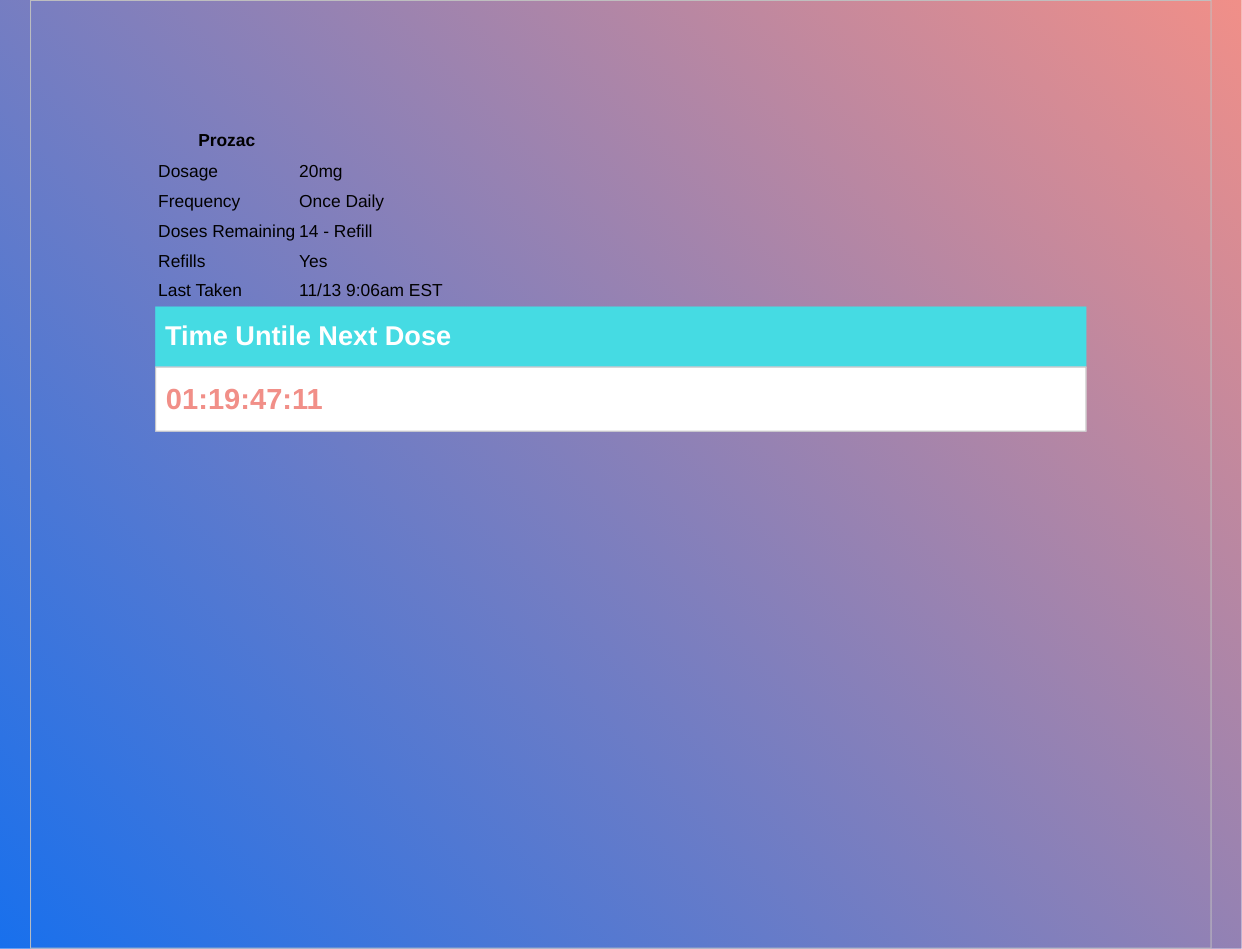
Repository: TheRobotCarlson/MedCheck
Page: workspace/ProzacDoc.html
The author's editor kept a record of every edit. The page is drawn from the files as they stood at one moment, then again after the next edit.
The browser window is 1280 px wide. The pictures show the whole page, at 97% of full size.
Some web libraries are served in a nearby version.

Above is the page before.

### workspace/ProzacDoc.html
<!DOCTYPE html>



<html>



<head>
	<meta charset="utf-8" />
	<title>Table Style</title>
	<meta name="viewport" content="initial-scale=1.0; maximum-scale=1.0; width=device-width;">
	<link rel="stylesheet" href="medcheck.css">
	<script src="https://ajax.googleapis.com/ajax/libs/jquery/3.1.1/jquery.min.js"></script>
  <script type="text/javascript" src="medcheck.js"></script>
</head>
<body>
<div class="table-title">
</div>
<table class="table-fill">
<thead>
<tr>
<th class="text-left">Prozac</th>
<th class="text-left"></th>
</tr>
</thead>
<tbody class="table-hover">
<tr>
<td class="text-left">Dosage</td>
<td class="text-left">20mg</td>
</tr>
<tr>
<td class="text-left">Frequency</td>
<td class="text-left">Once Daily</td>
</tr>
<tr>
<td class="text-left">Doses Remaining</td>
<td class="text-left">14 - Refill</td>
</tr>
<tr>
<td class="text-left">Refills</td>
<td class="text-left">Yes</td>
</tr>
<tr>
<td class="text-left">Last Taken</td>
<td class="text-left">11/13 9:06am EST</td>
</tr>
</tbody>
</table>


  </body>
  <div class="container">
  <div class="row">
    <div class="col-md-6 col-md-push-3">
      <div class="timer-container text-center">
        <div class="counter-title">
          <h2><i class="glyphicon glyphicon-time clock"></i> Time Untile Next Dose
              </h2>
        </div>
        <div class="clock-container">
          <span id="timer" class="timer"></span>
        </div>
      </div>
    </div>
  </div>
</div>

</html>

### workspace/medcheck.css
.tabs {
  display: flex;
  flex-wrap: wrap; // make sure it wraps
}
.tabs label {
  order: 1; // Put the labels first
  display: block;
  padding: 1rem 2rem;
  margin-right: 0.2rem;
  cursor: pointer;
  background: #90CAF9;

  font-weight: bold;
  transition: background ease 0.2s;
  border: 1px solid #C0C0C0;
}
.tabs .tab {
  order: 99; // Put the tabs last
  flex-grow: 1;
  width: 100%;
  display: none;
  padding: 1rem;
  background: #fff;
  border: 1px solid #C0C0C0;
}
.tabs input[type="radio"] {
  position: absolute;
  opacity: 0;
  border: 1px solid #45DBE3;
}
.tabs input[type="radio"]:checked + label {
  background: #fff;
  border: 1px solid #C0C0C0;
}
.tabs input[type="radio"]:checked + label + .tab {
  display: block;
  border: 1px solid #C0C0C0;
}

@media (max-width: 45em) {
  .tabs .tab,
  .tabs label {
    order: initial;
    border: 1px solid #C0C0C0 ;

  }
  .tabs label {
    width: 100%;
    margin-right: 0;
    margin-top: 0.2rem;
    border: 1px solid #C0C0C0 ;

  }
}

/**
 * Generic Styling
*/
body {
   background: linear-gradient(45deg, #1870ed 0, #f18f88 100%);
  padding: 10vw;
  font-family: "HelveticaNeue-Light", "Helvetica Neue Light", "Helvetica Neue", Helvetica, Arial, "Lucida Grande", sans-serif;
  min-height: 100vh;
  font-weight: 300;
  line-height: 1.5;
  max-width: 60rem;
  margin: 0 auto;
  font-size: 112%;
  border: 1px solid #C0C0C0;

}

.timer-container {
  margin-top: 0px;
}

.counter-title h2 {
  background: #45DBE3;
  color: #fff;
  font-size: 28px;
  font-weight: 600;
  margin: 0;
  padding: 10px;
}

.clock-container {
  background: #fff;
  border: 1px solid #C0C0C0;
  color: #f18f88; /*Countdown numbers */
  font-size: 30px;
  font-weight: 600;
  padding: 10px;
  min-height: 45px;
  min-width: 590px;
}

.clock {
  float: left;
}


.link {
  text-decoration: none;
  color: #55acee;
  border-bottom: 2px dotted #55acee;
  transition: .3s;
  -webkit-transition: .3s;
  -moz-transition: .3s;
  -o-transition: .3s;
  cursor: url(http://cur.cursors-4u.net/symbols/sym-1/sym46.cur), auto;
}

.link:hover {
  color: #2ecc71;
  border-bottom: 2px dotted #2ecc71;
}

/* button div */
#buttons {
  padding-top: 0px;
  text-align: center;
}

/* start da css for da buttons */
.btn {
  border-radius: 5px;
  padding: 10px 150px;
  font-size: 22px;
  text-decoration: none;
  margin: 10px;
  color: #fff;
  position: relative;
  display: inline-block;
  width:200px;
}

.btn:active {
  transform: translate(0px, 5px);
  -webkit-transform: translate(0px, 5px);
  box-shadow: 0px 1px 0px 0px;
}

.blue {
  background-color: #55acee;
  box-shadow: 0px 5px 0px 0px #3C93D5;
}

.blue:hover {
  background-color: #6FC6FF;
}

.green {
  background-color: #2ecc71;
  box-shadow: 0px 5px 0px 0px #15B358;
}

.green:hover {
  background-color: #48E68B;
}

.red {
  background-color: #e74c3c;
  box-shadow: 0px 5px 0px 0px #CE3323;
}

.red:hover {
  background-color: #FF6656;
}

.purple {
  background-color: #9b59b6;
  box-shadow: 0px 5px 0px 0px #82409D;
}

.purple:hover {
  background-color: #B573D0;
}

.orange {
  background-color: #e67e22;
  box-shadow: 0px 5px 0px 0px #CD6509;
}

.orange:hover {
  background-color: #FF983C;
}

.yellow {
  background-color: #f1c40f;
  box-shadow: 0px 5px 0px 0px #D8AB00;
}

.yellow:hover {
  background-color: #FFDE29;
}

### workspace/medcheck.js
window.setInterval(countDown, 1000);

function countDown() {
  var now = new Date();
  var future = new Date("11/14/2016 09:00:00");
  var timeLeft = future - now;
  var milli = timeLeft;

  var seconds = milli / 1000;
  var minutes = seconds / 60;
  var hours = minutes / 60;
  var days = hours / 24;
  var spareSeconds = seconds % 60;
  var spareMinutes = minutes % 60;
  var spareHours = hours % 24;
  var spareDays = days % 365;

  minutes = parseInt(minutes);
  hours = parseInt(hours);
  days = parseInt(days);
  spareSeconds = parseInt(spareSeconds);
  spareMinutes = parseInt(spareMinutes);
  spareHours = parseInt(spareHours);
  spareDays = parseInt(spareDays);

  days = padNumber(days);
  hours = padNumber(hours);
  minutes = padNumber(minutes);
  spareSeconds = padNumber(spareSeconds);
  spareMinutes = padNumber(spareMinutes);
  spareHours = padNumber(spareHours);
  spareDays = padNumber(spareDays);

  timeLeft = spareDays + ":" + spareHours + ":" + spareMinutes + ":" + spareSeconds;
  var mySpan = document.getElementById("timer");
  mySpan.innerHTML = timeLeft;

  if (milli <= 0) { //Time's run out! If all values go to zero
    mySpan.innerHTML = "00:00:00";
  }
}

function padNumber(number) {
  if (number < 10) {
    number = "0" + number;
  }
  return number;
}

After the next edit:
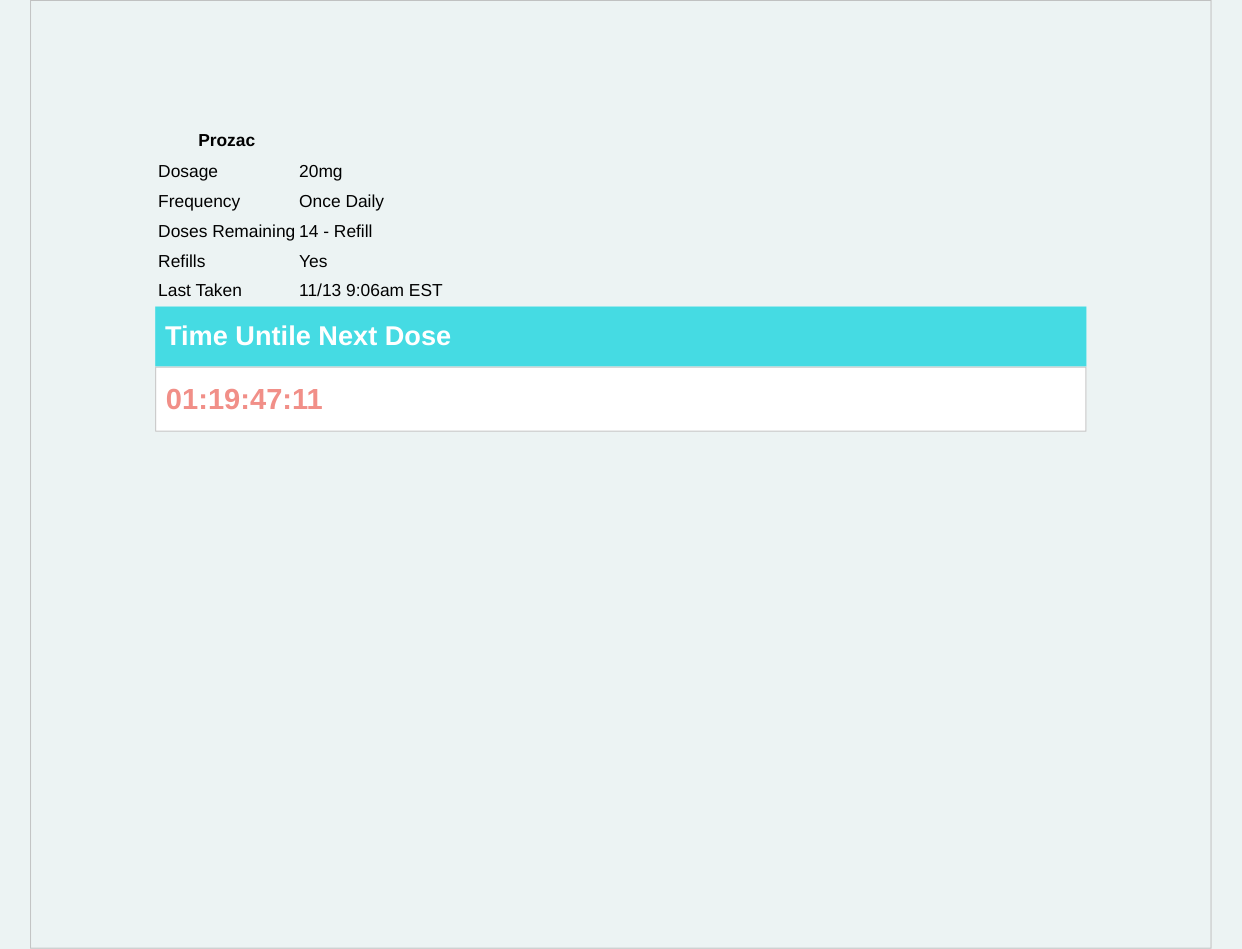
The edit:
--- a/workspace/medcheck.css
+++ b/workspace/medcheck.css
@@ -193,3 +193,82 @@
 .yellow:hover {
   background-color: #FFDE29;
 }
+
+
+
+html, body { width: 100%; height: 100%; background: #ECF3F3 }
+
+form
+{
+  display: block;
+  margin: 100px auto;
+  width: 950px;
+  overflow: hidden;
+  background: #FFF;
+  border: 1px solid #E4E4E4;
+  border-radius: 5px;
+  font-size: 0;
+}
+
+form > div
+{
+  display: inline-block;
+  width: 100%;
+}
+
+form > div > label
+{
+  display: block;
+  padding: 20px 20px 10px;
+  vertical-align: top;
+  font-family: Source Sans Pro, Arial, sans-serif;
+  font-size: 14px;
+  font-weight: 600;
+  text-transform: uppercase;
+  color: #939393;
+  cursor: pointer;
+}
+
+form > div.col-2, form > div.col-3, form > div.col-4 { box-shadow: 1px 1px #E4E4E4 }
+
+form > div.col-2 { width: 50% }
+form > div.col-3 { width: 33.3333333333% }
+form > div.col-4 { width: 25% }
+
+form > div > label > input
+{
+  display: inline-block;
+  position: relative;
+  width: 100%;
+  height: 27px;
+  line-height: 27px;
+  margin: 5px -5px 0;
+  padding: 7px 5px 3px;
+  border: none;
+  outline: none;
+  border-radius: 3px;
+  background: transparent;
+  font-size: 14px;
+  font-weight: 200;
+  opacity: .66;
+  transition: opacity .3s, box-shadow .3s;
+}
+
+form > div > label > select
+{
+  display: block;
+  width: 100%;
+  margin: 16px 0 6px;
+  padding: 0;
+  border: none;
+  outline: none;
+  font-size: 14px;
+  font-weight: 200;
+  opacity: .33;
+}
+
+form > div > label > input:focus, form > div > label > select:focus
+{
+  opacity: 1;
+  box-shadow: 0 3px 4px rgba(0, 0, 0, .15);
+}
